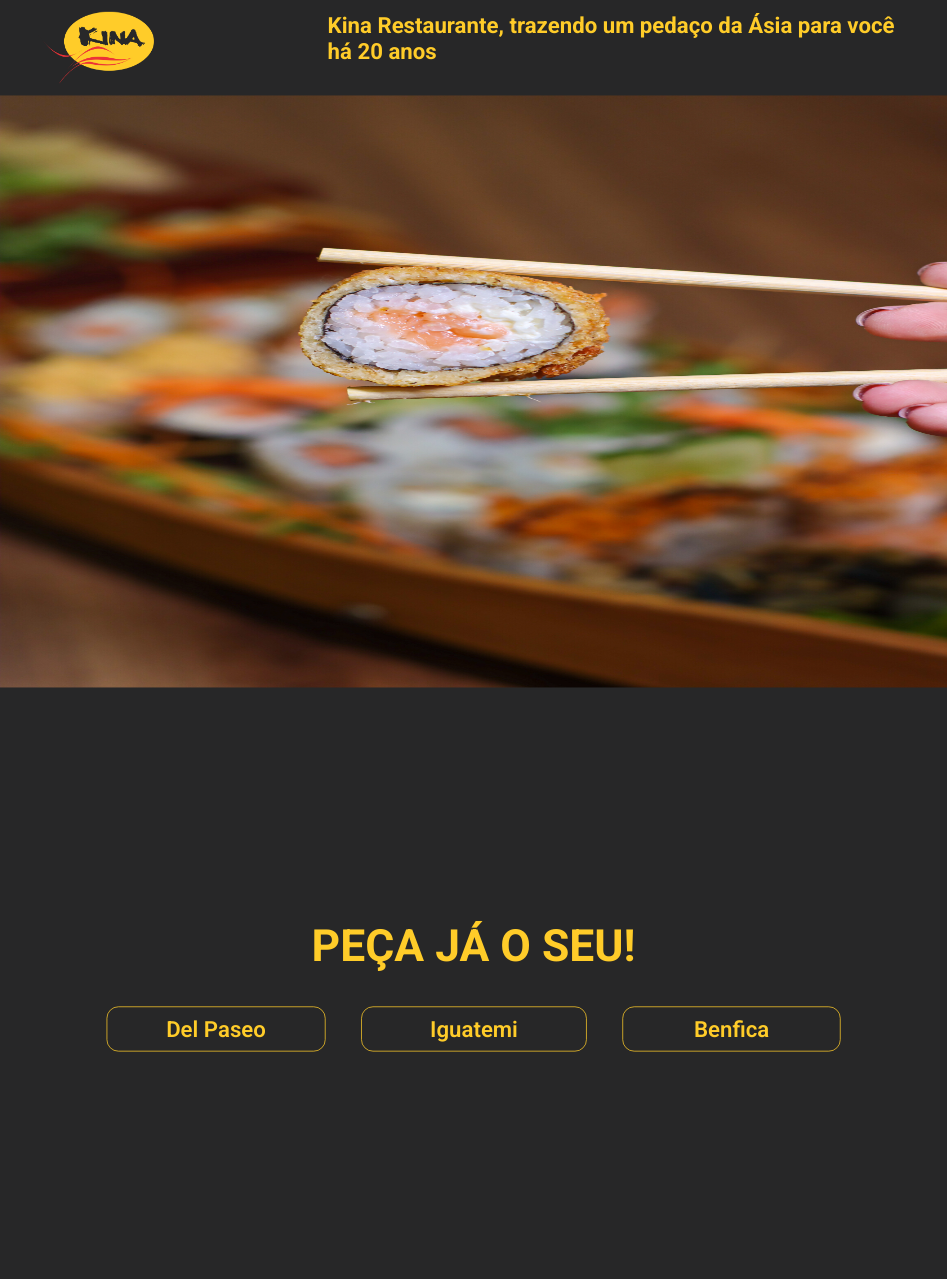
Repository: chidekina/kina-page
Page: index.html
The author's editor kept a copy of each file at every save. The page is drawn from the files as they stood at one save, then again after the next save.
The browser window is 1280 px wide. The pictures show the whole page, at 74% of full size.

Above is the page before, as saved 2025-03-20 16:47:33.

### index.html
<!DOCTYPE html>
<html lang="en">
  <head>
    <meta charset="UTF-8" />
    <meta name="viewport" content="width=device-width, initial-scale=1.0" />
    <link rel="stylesheet" href="styles.css" />
    <title>Kina Restaurante</title>
    <script src="https://cdn.jsdelivr.net/npm/@tailwindcss/browser@4"></script>
    <link rel="preconnect" href="https://fonts.googleapis.com" />
    <link rel="preconnect" href="https://fonts.gstatic.com" crossorigin />
    <link
      href="https://fonts.googleapis.com/css2?family=Roboto:ital,wght@0,100..900;1,100..900&display=swap"
      rel="stylesheet"
    />
  </head>
  <body>
    <header class="flex px-12 py-4 gap-12 justify-between">
        <img src="./assets/Logo Kina.png" class="w-40" alt="Kina Logo" />
        <h1 class="flex font-bold text-3xl w-2/3">
          Kina Restaurante, trazendo um pedaço da Ásia para você há 20 anos
        </h1>
    </header>
    <img src="/assets/pictures/IMG_5172.JPG" class="w-full h-200">
    <div class="flex justify-center items-center h-200 flex-col">
        <h1 class="font-bold text-6xl mb-16">PEÇA JÁ O SEU!</h1>
        <ul class="flex gap-12">
            <li>
                <a href="https://www.ifood.com.br/delivery/fortaleza-ce/kina-del-paseo-aldeota/053acccc-102c-4b47-b6df-b3ddc8d6c0f6"
                target="_blank" class="font-semibold text-3xl border rounded-2xl py-3 px-20 w-104">
                    Del Paseo
                </a>
            </li>
            <li>
                <a href="https://www.ifood.com.br/delivery/fortaleza-ce/kina-del-paseo-aldeota/053acccc-102c-4b47-b6df-b3ddc8d6c0f6"
                target="_blank" class="font-semibold text-3xl border rounded-2xl py-3 px-23">
                    Iguatemi
                </a>
            </li>
            <li>
                <a href="https://www.ifood.com.br/delivery/fortaleza-ce/kina-del-paseo-aldeota/053acccc-102c-4b47-b6df-b3ddc8d6c0f6"
                target="_blank" class="font-semibold text-3xl border rounded-2xl py-3 px-24">
                    Benfica
                </a>
            </li>
        </ul>
    </div>
  </body>
</html>

### styles.css
:root{
    --main-font: "Roboto", sans-serif;
    --primary-color: #FFCC29;
}

body {
    font-family: var(--main-font);
    background-color: #272728;
    color: var(--primary-color);
}

After the next save:
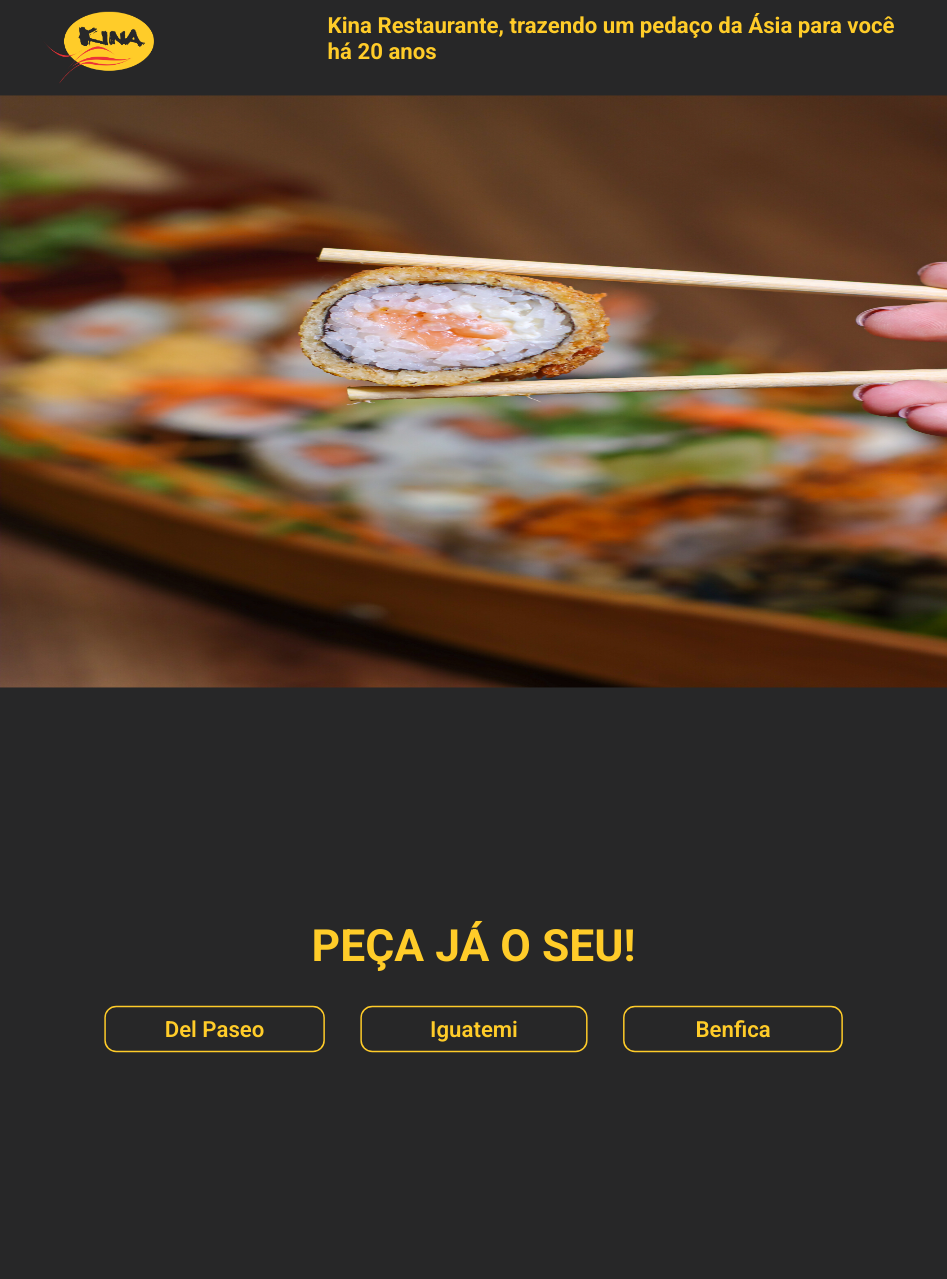
Saved 24 s later.
--- a/index.html
+++ b/index.html
@@ -26,19 +26,19 @@
         <ul class="flex gap-12">
             <li>
                 <a href="https://www.ifood.com.br/delivery/fortaleza-ce/kina-del-paseo-aldeota/053acccc-102c-4b47-b6df-b3ddc8d6c0f6"
-                target="_blank" class="font-semibold text-3xl border rounded-2xl py-3 px-20 w-104">
+                target="_blank" class="font-semibold text-3xl border-2 rounded-2xl py-3 px-20 w-104">
                     Del Paseo
                 </a>
             </li>
             <li>
                 <a href="https://www.ifood.com.br/delivery/fortaleza-ce/kina-del-paseo-aldeota/053acccc-102c-4b47-b6df-b3ddc8d6c0f6"
-                target="_blank" class="font-semibold text-3xl border rounded-2xl py-3 px-23">
+                target="_blank" class="font-semibold text-3xl border-2 rounded-2xl py-3 px-23">
                     Iguatemi
                 </a>
             </li>
             <li>
                 <a href="https://www.ifood.com.br/delivery/fortaleza-ce/kina-del-paseo-aldeota/053acccc-102c-4b47-b6df-b3ddc8d6c0f6"
-                target="_blank" class="font-semibold text-3xl border rounded-2xl py-3 px-24">
+                target="_blank" class="font-semibold text-3xl border-2 rounded-2xl py-3 px-24">
                     Benfica
                 </a>
             </li>
